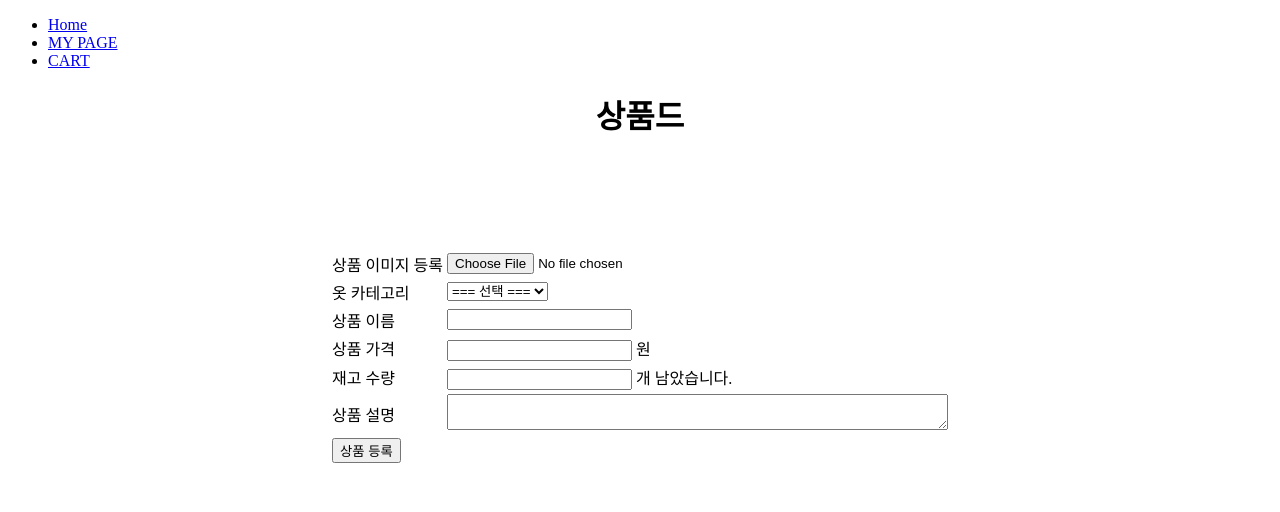
Repository: leekwah/jsp
Page: http://localhost/semiProject/Upload_Product/uploadProduct1.jsp
An editor plug-in stored every save of this project. The page is shown before and after the next save, followed by the edit.
The browser window is 1280 px wide. The pictures show the whole page.
The page is served by Tomcat 9.

Above is the page before, as saved 2022-09-19 01:53:25.

After the next save:
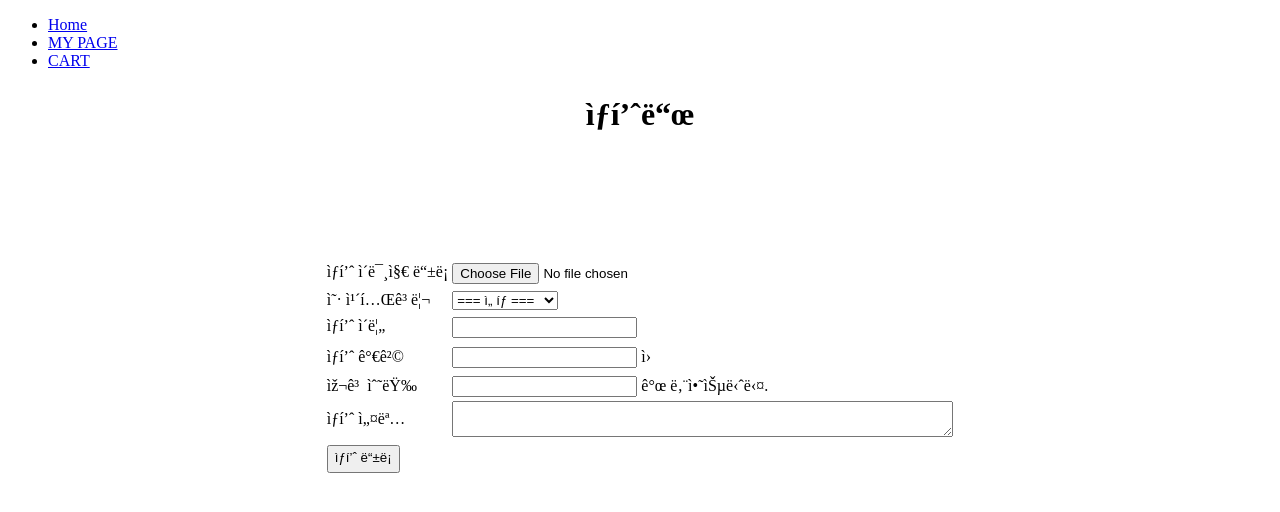
Saved 3 s later.
--- a/jiwon/semiProject/WebContent/Upload_Product/uploadProduct1.jsp
+++ b/jiwon/semiProject/WebContent/Upload_Product/uploadProduct1.jsp
@@ -1,5 +1,4 @@
-<%@ page language="java" contentType="text/html; charset=UTF-8"
-    pageEncoding="UTF-8"%>
+
 <!DOCTYPE html>
 <html>
 <head>
